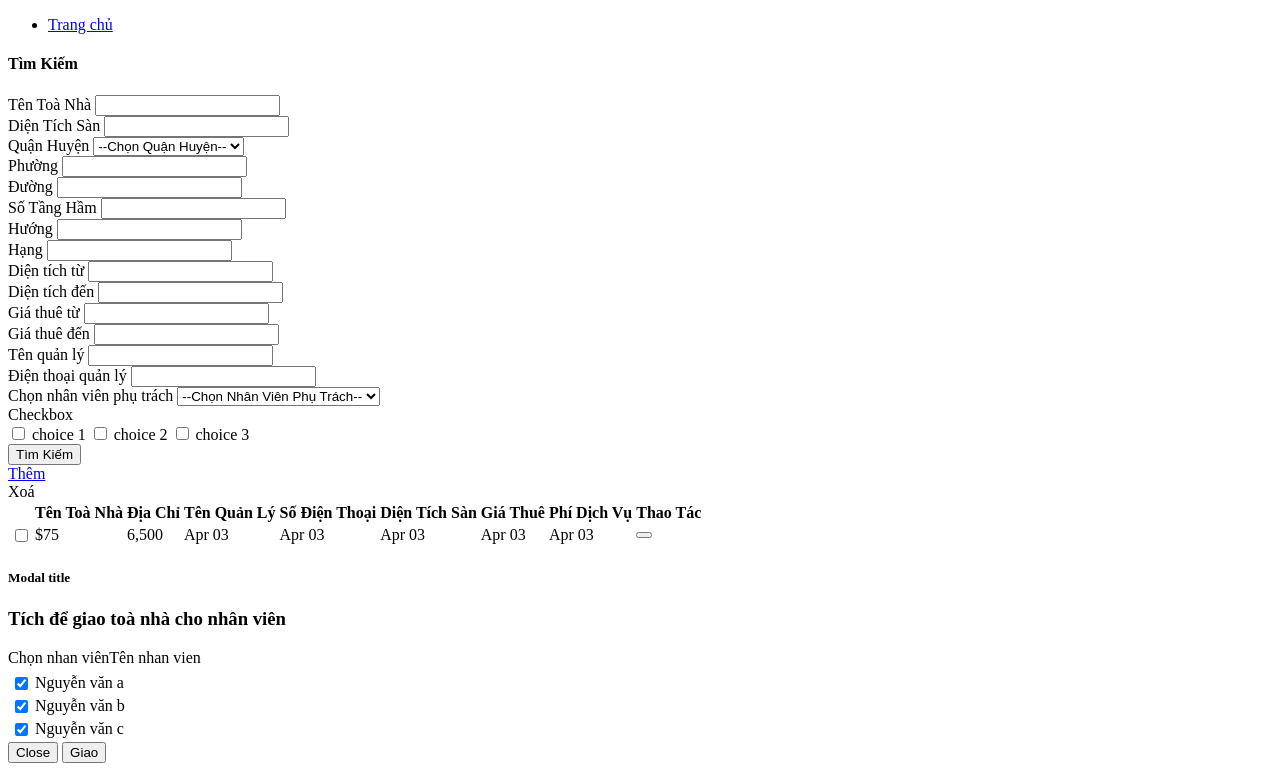
Repository: LeQuangBao0126/jspservlet122019_bao
Page: http://localhost/jspservletHUHUHU/views/admin/home.jsp
The author's editor kept a copy of each file at every save. The page is drawn from the files as they stood at one save, then again after the next save.
The browser window is 1280 px wide. The pictures show the whole page.
The page is served by Tomcat 9. Nobody is signed in. The application's start-up code is not run. Other server files are loaded and not shown.

Above is the page before, as saved 2020-03-19 06:43:25.

### jspservletHUHUHU/src/main/webapp/views/admin/home.jsp
<%@ page language="java" contentType="text/html; charset=UTF-8" pageEncoding="UTF-8"%>
<!DOCTYPE html PUBLIC "-//W3C//DTD HTML 4.01 Transitional//EN" "http://www.w3.org/TR/html4/loose.dtd">
<html>
<head>
<meta http-equiv="Content-Type" content="text/html; charset=UTF-8">
<title>Trang chủ</title>
</head>
<body>
<div class="main-content">
    <div class="main-content-inner">
        <div class="breadcrumbs ace-save-state" id="breadcrumbs">
            <ul class="breadcrumb">
                <li>
                    <i class="ace-icon fa fa-home home-icon"></i>
                    <a href="#">Trang chủ</a>
                </li>
            </ul><!-- /.breadcrumb -->
        </div>
        <div class="page-content">
                    <div class="row">
                        <div class="widget-box">
                            <div class="widget-header">
                                <h4 class="widget-title">Tìm Kiếm</h4>
                                <div class="widget-toolbar">
                                    <a href="#" data-action="collapse">
                                        <i class="ace-icon fa fa-chevron-up"></i>
                                    </a>
                                </div>
                            </div>
                            <div class="widget-body">
                                <div class="widget-main">
                                    <div class="row">
                                        <div class="col-xs-12">
                                            <!-- PAGE CONTENT BEGINS -->
                                            <div class="row">
                                                <div class="col-sm-6">
                                                    <div>
                                                        <label for="name"> Tên Toà Nhà </label>
                                                        <input type="text" id="name" class="form-control" />
                                                    </div>
                                                </div>
                                                <div class="col-sm-6">
                                                    <div>
                                                        <label for=""> Diện Tích Sàn </label>
                                                        <input type="number" id="rentArea" class="form-control" />
                                                    </div>
                                                </div>
                                                <div class="col-sm-4">
                                                    <label for="">Quận Huyện</label>
                                                    <select class="form-control" id="form-field-select-1">
														<option value="">--Chọn Quận Huyện--</option>
														<option value="a">aa</option>
														<option value="b">bb</option>
														<option value="c">cc</option>
														</select>
                                                </div>
                                                <div class="col-sm-4">
                                                    <label for="">Phường</label>
                                                    <input type="text" id="ward" class="form-control" />
                                                </div>
                                                <div class="col-sm-4">
                                                    <label for="">Đường</label>
                                                    <input type="text" class="form-control" />
                                                </div>
                                                <div class="col-sm-4">
                                                    <label for="">Số Tầng Hầm</label>
                                                    <input type="number" id="bumberOfBasesment" class="form-control" />
                                                </div>
                                                <div class="col-sm-4">
                                                    <label for="">Hướng</label>
                                                    <input type="text" class="form-control" />
                                                </div>
                                                <div class="col-sm-4">
                                                    <label for="">Hạng</label>
                                                    <input type="text" id="level" class="form-control" />
                                                </div>
                                                <div class="col-sm-3">
                                                    <label for="">Diện tích từ</label>
                                                    <input type="number" id="rentAreaFrom" class="form-control" />
                                                </div>
                                                <div class="col-sm-3">
                                                    <label for="">Diện tích đến</label>
                                                    <input type="number" id="rentAreaTo" class="form-control" />
                                                </div>
                                                <div class="col-sm-3">
                                                    <label for="">Giá thuê từ</label>
                                                    <input type="number" id="rentCostFrom" class="form-control" />
                                                </div>
                                                <div class="col-sm-3">
                                                    <label for="">Giá thuê đến</label>
                                                    <input type="number" id="rentCostTo" class="form-control" />
                                                </div>
                                                <div class="col-sm-4">
                                                    <label for="">Tên quản lý</label>
                                                    <input type="text" id="managerName" class="form-control" />
                                                </div>
                                                <div class="col-sm-4">
                                                    <label for="">Điện thoại quản lý</label>
                                                    <input type="text" id="managerPhone" class="form-control" />
                                                </div>
                                                <div class="col-sm-3">
                                                    <label for="">Chọn nhân viên phụ trách</label>
                                                    <select class="form-control" id="form-field-select-1">
												<option value="">--Chọn Nhân Viên Phụ Trách--</option>
												<option value="a">aa</option>
												<option value="b">bb</option>
												<option value="c">cc</option>
												</select>
                                                </div>
                                                <div class="col-sm-12">
                                                    <div class="control-group">
                                                        <label class="control-label bolder blue">Checkbox</label>
                                                        <div class="checkbox">
                                                            <label>
														<input name="form-field-checkbox" type="checkbox" class="ace">
														<span class="lbl"> choice 1</span>
													</label>
                                                            <label>
														<input name="form-field-checkbox" type="checkbox" class="ace">
														<span class="lbl"> choice 2</span>
													</label>
                                                            <label>
														<input name="form-field-checkbox" type="checkbox" class="ace">
														<span class="lbl"> choice 3</span>
													</label>
                                                        </div>
                                                    </div>
                                                </div>
                                                <div class="col-sm-12">
                                                    <div class="pull-left" data-toggle="tooltip" title="Thêm Toà Nhà">
                                                        <button class="btn btn-sucess btn-info btn-bold">
												Tìm Kiếm
											</button>
                                                    </div>
                                                </div>

                                            </div>

                                            <!-- PAGE CONTENT ENDS -->
                                        </div>
                                        <!-- /.col -->
                                    </div>
                                </div>
                            </div>
                        </div>
                        <div class="pull-left" data-toggle="tooltip" title="Thêm Toà Nhà">
                            <a href="admin-building-insert" class="btn btn-sucess btn-info btn-bold" >
									<i class="ace-icon glyphicon glyphicon-plus"></i>
									Thêm
								</a>
                        </div>
                        <div class="pull-left"  title="Xoá Nhiều Toà Nhà">
                            <a class="btn btn-danger btn-info btn-bold" id="btnDeleteBuildings">
									<i class="ace-icon fa fa-trash-o icon-only"></i>
									Xoá
							</a>
                        </div>
                        <div class="row">
                            <div class="col-xs-12">
                                <table id="buildingList" class="table table-bordered table-hover">
                                    <thead>
                                        <tr>
                                            <th></th>
                                            <th>Tên Toà Nhà</th>
                                            <th>Địa Chỉ</th>
                                            <th>Tên Quản Lý</th>
                                            <th>Số Điện Thoại</th>
                                            <th>Diện Tích Sàn</th>
                                            <th>Giá Thuê</th>
                                            <th>Phí Dịch Vụ</th>
                                            <th>Thao Tác</th>
                                        </tr>
                                    </thead>
                                    <tbody>
                                        <tr>
                                            <td class="center">
                                                <input type="checkbox" value="1" id="checkbox_1" />
                                            </td>
                                            <td>$75</td>
                                            <td>6,500</td>
                                            <td>Apr 03</td>
                                            <td>Apr 03</td>
                                            <td>Apr 03</td>
                                            <td>Apr 03</td>
                                            <td>Apr 03</td>
                                            <td>
                                                <div class="hidden-sm hidden-xs btn-group">
                                                    <button class="btn btn-xs btn-success"
                                                     title="giao toà nhà"
                                                     onclick="Assignmentbuilding(2)"
                                                      >
																<i class="ace-icon fa fa-check bigger-120"></i>
													</button>

                                                    <a href="admin-building-edit" class="btn btn-xs btn-info" title="Sửa toà nhà">
																<i class="ace-icon fa fa-pencil bigger-120"></i>
													</a>
                                                </div>
                                            </td>
                                        </tr>
                                    </tbody>
                                </table>
                            </div>
                        </div>
                    </div>
                    <!-- /.row -->
                </div>
                <!-- /.page-content -->
    </div>

</div><!-- /.main-content -->


<!-- Modal -->
<div class="modal fade" id="assignmentbuildingmodal" role="dialog">
  <div class="modal-dialog" role="document">
    <div class="modal-content">
      <div class="modal-header">
        <h5 class="modal-title" id="exampleModalLabel">Modal title</h5>
      </div>
      <div class="modal-body">
      <h3>Tích để giao toà nhà cho nhân viên</h3>
        <table id="staffList" >
        	<thead>
        		<tr>Chọn nhan viên</tr>
        		<tr>Tên nhan vien</tr>
        	</thead>
        	<tbody>
        		<tr>
        			<td><input type="checkbox" value="1" id="checkbox_1" checked ></td>
        			<td>Nguyễn văn a</td>
        		</tr>
        		<tr>
        			<td><input type="checkbox" value="2" id="checkbox_2" checked ></td>
        			<td>Nguyễn văn b</td>
        		</tr>
        		<tr>
        			<td><input type="checkbox" value="3" id="checkbox_3" checked ></td>
        			<td>Nguyễn văn c</td>
        		</tr>
        	</tbody>
        </table>
 	 	<input type="hidden" value="" name="buildingid" id="buildingid"/>
      </div>
      <div class="modal-footer">
        <button type="button" class="btn btn-secondary" data-dismiss="modal">Close</button>
        <button type="button" class="btn btn-primary" id="btnAssignBuilding">Giao</button>
      </div>
    </div>
  </div>
</div>

</body>
</html>

After the next save:
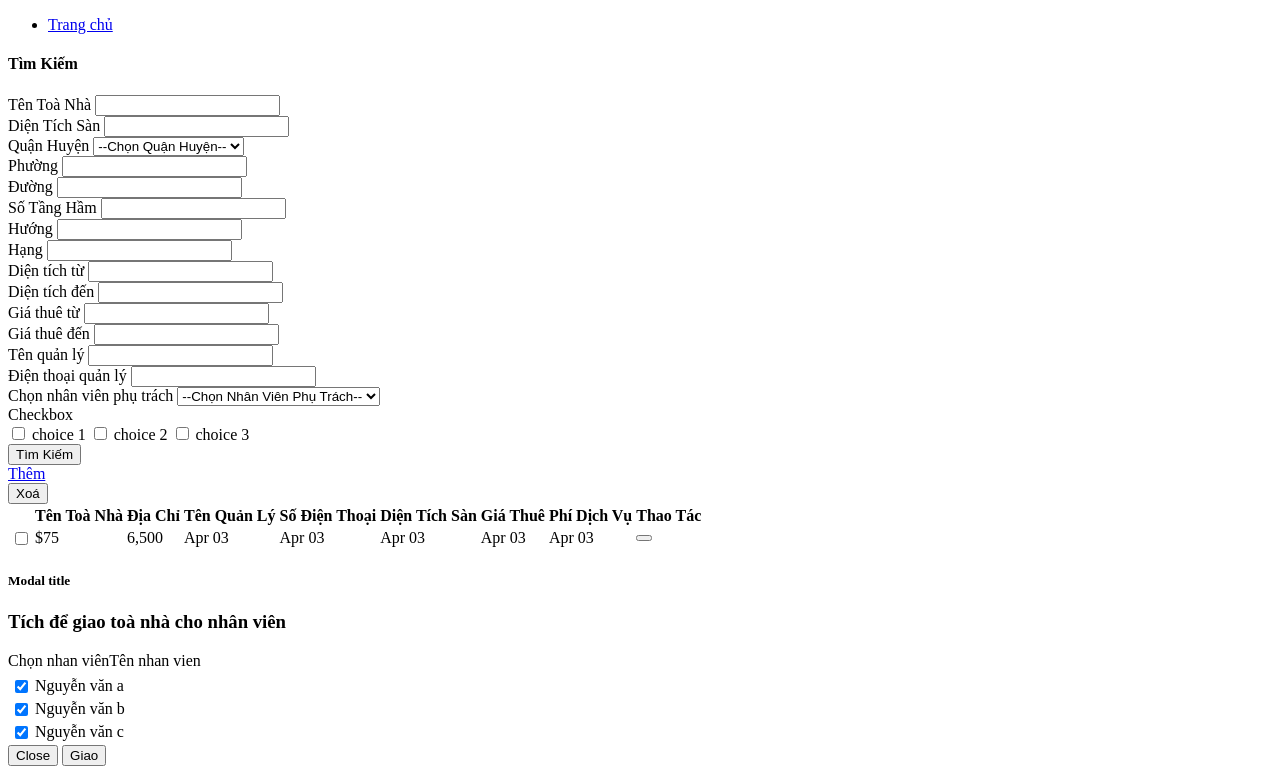
Saved 14 s later.
--- a/jspservletHUHUHU/src/main/webapp/views/admin/home.jsp
+++ b/jspservletHUHUHU/src/main/webapp/views/admin/home.jsp
@@ -150,10 +150,10 @@
 								</a>
                         </div>
                         <div class="pull-left"  title="Xoá Nhiều Toà Nhà">
-                            <a class="btn btn-danger btn-info btn-bold" id="btnDeleteBuildings">
+                            <button class="btn btn-danger btn-info btn-bold" id="btnDeleteBuildings">
 									<i class="ace-icon fa fa-trash-o icon-only"></i>
 									Xoá
-							</a>
+							</button>
                         </div>
                         <div class="row">
                             <div class="col-xs-12">
